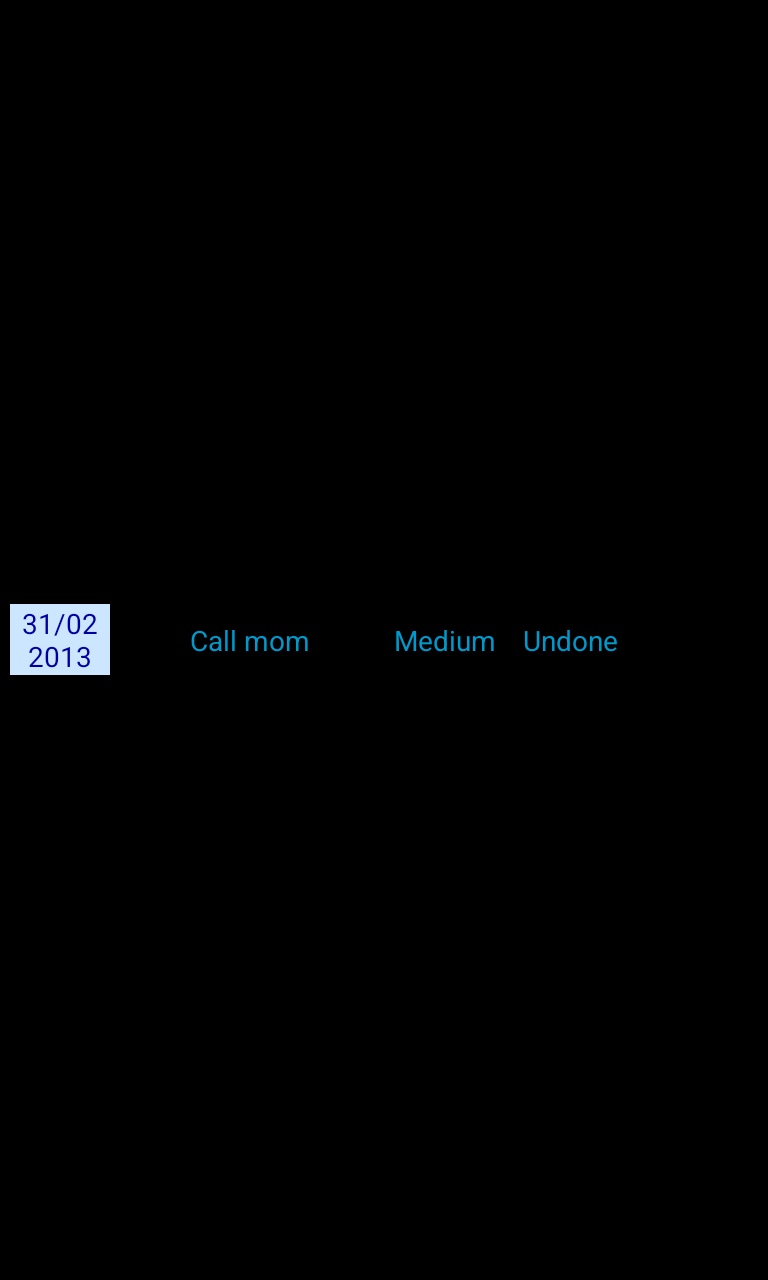
Repository: titango/androidass1
Layout: uTask/res/layout/task_list_item.xml
The author's editor kept a copy of each file at every save. The layout is drawn from the files as they stood at one save, then again after the next save.
It is drawn on a 768 x 1280 px phone screen (xhdpi) without system bars, with theme NoActionBar; the app's code is not run.

Above is the layout before, as saved 2013-03-31 23:42:57.

### uTask/res/layout/task_list_item.xml
<?xml version="1.0" encoding="utf-8"?>
<LinearLayout xmlns:android="http://schemas.android.com/apk/res/android"
    android:layout_width="wrap_content"
    android:layout_height="wrap_content"
    android:gravity="left|center"
    android:paddingBottom="5dp"
    android:paddingLeft="5dp"
    android:paddingTop="5dp" >

    <TextView
        android:id="@+id/task_list_item_date"
        android:layout_width="50dp"
        android:layout_height="wrap_content"
        android:background="@color/lightblue"
        android:gravity="center"
        android:text="31/02 2013"
        android:textColor="@color/darkblue" >
    </TextView>

    <TextView
        android:id="@+id/task_list_item_title"
        android:layout_width="120dp"
        android:layout_height="50dp"
        android:layout_marginLeft="10dp"
        android:text="Call mom"
        android:gravity="center"
        android:textColor="#0099CC" >
    </TextView>

    <TextView
        android:id="@+id/task_list_item_priority"
        android:layout_width="55dp"
        android:layout_height="wrap_content"
        android:layout_marginLeft="10dp"
        android:text="Medium"
        android:gravity="center"
        android:textColor="#0099CC" >
    </TextView>

    <TextView
        android:id="@+id/task_list_item_status"
        android:layout_width="50dp"
        android:layout_height="wrap_content"
        android:layout_marginLeft="10dp"
        android:text="Undone"
        android:gravity="center"
        android:textColor="#0099CC" >
    </TextView>

</LinearLayout>

### uTask/res/values/colors.xml
<?xml version="1.0" encoding="utf-8"?>
<resources>
    <color name="white">#FFFFFF</color>
    <color name="black">#000000</color>
    <color name="darkblue">#0000A0</color>
    <color name="lightblue">#CCE6FF</color>
    <color name="lightyellow">#FFFFCC</color>
    <color name="superlightyellow">#FFFFE5</color>
    <color name="lightorange">#FFCC33</color>
    <color name="darkorange">#FFBF00</color>
    <color name="lowlightgreen">#00FF99</color>

</resources>

Loaded but not shown: uTask/res/values/styles.xml (common file)

After the next save:
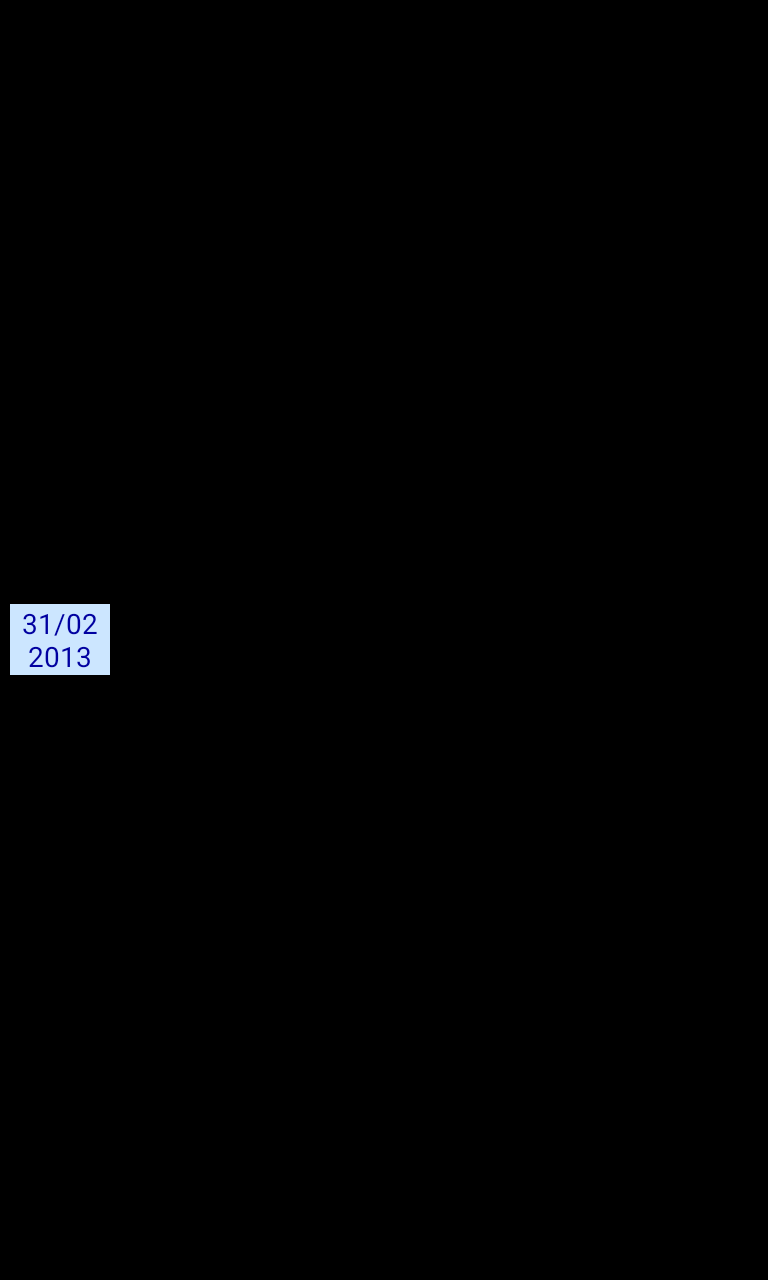
Saved 14 s later.
--- a/uTask/res/layout/task_list_item.xml
+++ b/uTask/res/layout/task_list_item.xml
@@ -22,7 +22,6 @@
         android:layout_width="120dp"
         android:layout_height="50dp"
         android:layout_marginLeft="10dp"
-        android:text="Call mom"
         android:gravity="center"
         android:textColor="#0099CC" >
     </TextView>
@@ -32,7 +31,6 @@
         android:layout_width="55dp"
         android:layout_height="wrap_content"
         android:layout_marginLeft="10dp"
-        android:text="Medium"
         android:gravity="center"
         android:textColor="#0099CC" >
     </TextView>
@@ -42,7 +40,6 @@
         android:layout_width="50dp"
         android:layout_height="wrap_content"
         android:layout_marginLeft="10dp"
-        android:text="Undone"
         android:gravity="center"
         android:textColor="#0099CC" >
     </TextView>
